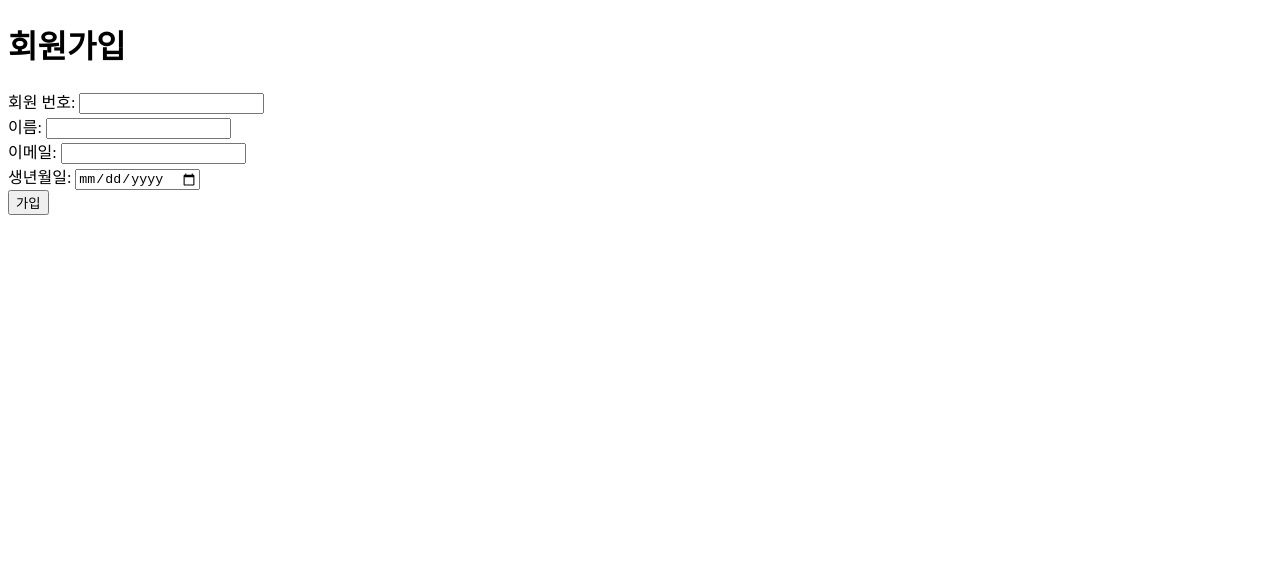
Repository: whdghks9241/Servlet-JSP-Workspace
Page: http://localhost/join/register.jsp
An editor plug-in stored every save of this project. The page is shown before and after the next save, followed by the edit.
The browser window is 1280 px wide. The pictures show the whole page.
The page is served by Tomcat 9. Other server files are loaded and not shown.

Above is the page before, as saved 2023-11-07 02:21:55.

### join/src/main/webapp/register.jsp
<%@ page language="java" contentType="text/html; charset=utf-8"
    pageEncoding="utf-8"%>
<!DOCTYPE html>
<html>
<head>
<meta charset="EUC-KR">
<title>Insert title here</title>
 <link rel="stylesheet" type="text/css" href="styles.css">
</head>
<body>
<h1>회원가입</h1>
<form action="RegisterServlet" method="post">
	    <label for="mno">회원 번호:</label>
        <input type="text" id="mno" name="mno" required><br>

        <label for="mname">이름:</label>
        <input type="text" id="mname" name="mname" required><br>

        <label for="memail">이메일:</label>
        <input type="email" id="memail" name="memail" required><br>

        <label for="mbirth">생년월일:</label>
        <input type="date" id="mbirth" name="mbirth" required><br>

        <input type="submit" value="가입">
    </form>
</body>
</html>

### join/src/main/webapp/styles.css
styles.css
h1 {
	background-color:#333;
	color:#fff;
	padding :10px;
	text-align : center;
}

After the next save:
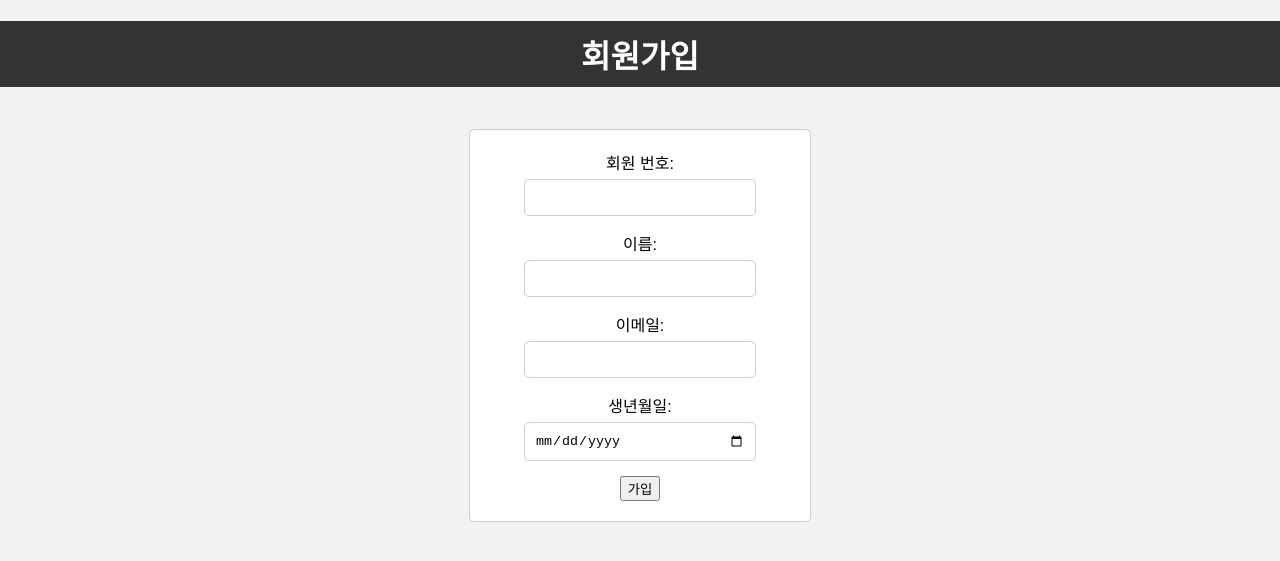
Saved 8 min 19 s later.
--- a/join/src/main/webapp/styles.css
+++ b/join/src/main/webapp/styles.css
@@ -1,7 +1,71 @@
-styles.css
+/* 전체 페이지 스타일 */
+body {
+    font-family: Arial, sans-serif;
+    background-color: #f2f2f2;
+    margin: 0;
+    padding: 0;
+     text-align: center;
+}
+
 h1 {
-	background-color:#333;
-	color:#fff;
-	padding :10px;
-	text-align : center;
+    background-color: #333;
+    color: #fff;
+    padding: 10px;
+    text-align: center;
 }
+
+/* 폼 스타일 */
+form {
+    background-color: #fff;
+    border: 1px solid #ccc;
+    border-radius: 5px;
+    padding: 20px;
+    margin: 20px;
+    width: 300px;
+    display: inline-block;
+}
+
+/* 레이블 스타일 */
+label {
+    display: block;
+    margin-bottom: 5px;
+}
+
+/* 입력 필드 스타일 */
+input[type="text"],
+input[type="email"],
+input[type="date"] {
+    width: 70%;
+    padding: 10px;
+    margin-bottom: 15px;
+    border: 1px solid #ccc;
+    border-radius: 5px;
+}
+
+/* 버튼
+
+
+
+table {
+    width: 80%;
+    margin: 20px auto;
+    border-collapse: collapse;
+    background-color: #fff;
+}
+
+table, th, td {
+    border: 1px solid #ccc;
+}
+
+th, td {
+    padding: 10px;
+    text-align: left;
+}
+
+tr:nth-child(even) {
+    background-color: #f2f2f2;
+}
+
+tr:hover {
+    background-color: #e0e0e0;
+}
